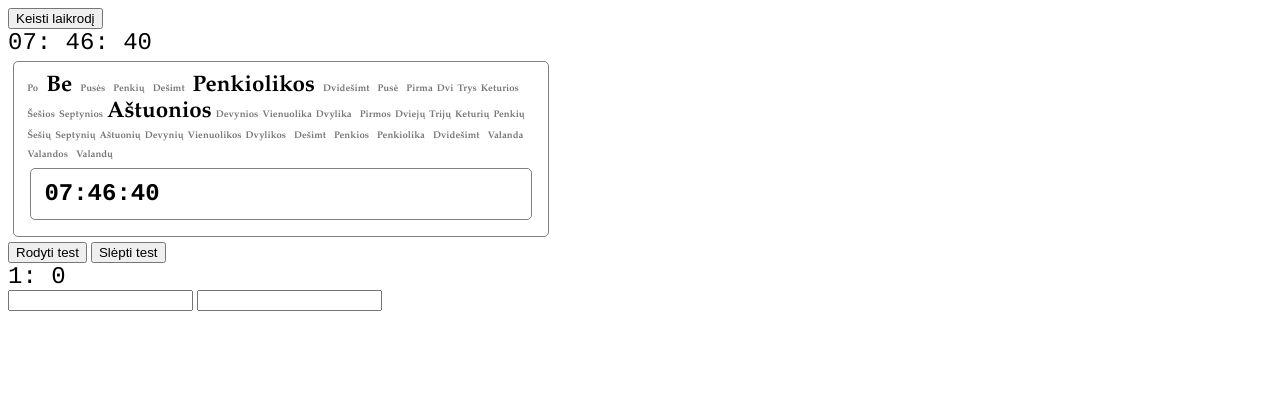
Repository: Skaidrius/WordClock
Page: index.html
The author's editor kept a record of every edit. The page is drawn from the files as they stood at one moment, then again after the next edit.
The browser window is 1280 px wide. The pictures show the whole page.
Some web libraries are served in a nearby version.

Above is the page before.

After the next edit:
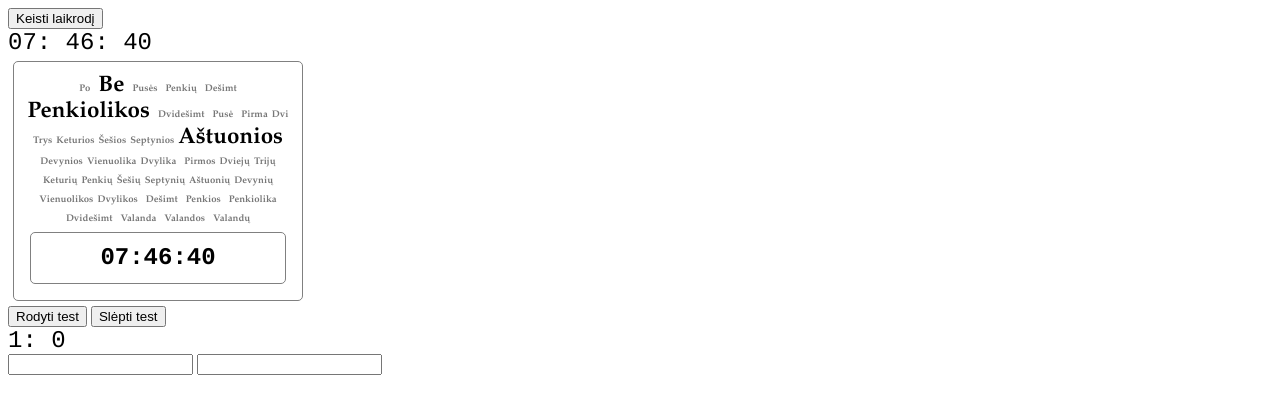
The edit:
--- a/style.css
+++ b/style.css
@@ -2,7 +2,7 @@
     font-family: 'Book Antiqua', 'Palatino Linotype', Palatino, serif;
 }
 
-#clck-bgr {
+.clck-bgr {
     text-align: center;
     max-width: 300px;
 }
